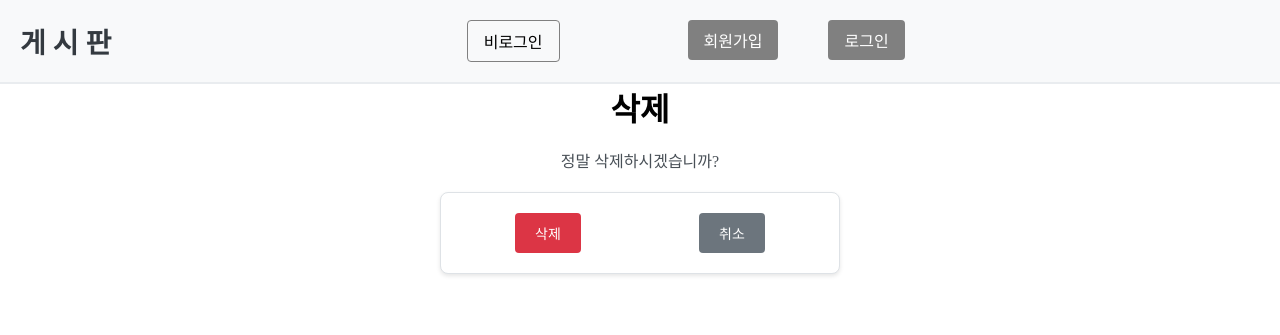
Repository: 1plus1equals3-true/Board-temp
Page: http://localhost/jsp/board/delete.jsp
The author's editor kept a copy of each file at every save. The page is drawn from the files as they stood at one save, then again after the next save.
The browser window is 1280 px wide. The pictures show the whole page.
The page is served by Tomcat 9. Other server files are loaded and not shown.

Above is the page before, as saved 2025-09-10 06:29:12.

### jsp/src/main/webapp/board/delete.jsp
<%@ page language="java" contentType="text/html; charset=UTF-8"
    pageEncoding="UTF-8"%>
<!DOCTYPE html>
<html>
<head>
<meta charset="UTF-8">
<title>삭제</title>
<style>
*{
	margin: 0 auto;
	padding: 0;
	text-align: center;
}
.delete-form {
    display: flex;
    justify-content: center;
    align-items: center;
    gap: 10px;
    padding: 20px;
    margin: 20px auto;
    max-width: 400px;
    background-color: #fff;
    border: 1px solid #dee2e6;
    border-radius: 8px;
    box-shadow: 0 2px 4px rgba(0, 0, 0, 0.1);
}

.delete-form input[type="password"] {
    flex-grow: 1;
    padding: 10px 12px;
    border: 1px solid #ced4da;
    border-radius: 4px;
    font-size: 14px;
    box-sizing: border-box;
}

.delete-form input[type="submit"],
.delete-form .btn-cancel {
    padding: 10px 20px;
    border: none;
    border-radius: 4px;
    font-size: 14px;
    cursor: pointer;
    transition: background-color 0.3s ease;
}

.delete-form input[type="submit"] {
    background-color: #dc3545; /* 삭제 버튼 색상 (빨강) */
    color: white;
}

.delete-form input[type="submit"]:hover {
    background-color: #c82333;
}

.delete-form .btn-cancel {
    background-color: #6c757d; /* 취소 버튼 색상 (회색) */
    color: white;
}

.delete-form .btn-cancel:hover {
    background-color: #5a6268;
}

.delete-form a {
    text-decoration: none;
}
.delete-message {
    text-align: center;
    font-size: 16px;
    color: #495057;
    margin-bottom: 10px;
}
</style>
</head>
<body>
<%
String idx = request.getParameter("idx");


%>
<%@ include file="op_top.jsp" %>

<h1>삭제</h1><br>
<p class="delete-message">정말 삭제하시겠습니까?</p>
<form action="delete_proc.jsp?idx=<%= idx %>" method="post" class="delete-form">
	<!-- <input type="password" name="delpass"> -->
	<input type="submit" value="삭제">
	<a href="view.jsp?idx=<%= idx %>"><button type="button" class="btn-cancel">취소</button></a>
</form>


</body>
</html>

### jsp/src/main/webapp/board/op_top.jsp
<%@ page language="java" contentType="text/html; charset=UTF-8"
    pageEncoding="UTF-8"%>
<%@ page import="java.sql.*" %>
<%@ page import="lib.DB" %>
<%
String login_id = "";
login_id = (String)session.getAttribute("ss_check");
String login_idx = "";
String login_name = "";
String login_upfile = "";
int login_rank = -1;

if(login_id == null || login_id.equals("") || login_id.equals("null")) {
}else {
	String sqll = null;
	Connection connl =null;
	PreparedStatement psl = null;
	ResultSet rsl = null;

	try {

		connl = DB.getConnection();

		sqll = "SELECT * FROM member WHERE uid=?";
		psl = connl.prepareStatement(sqll);
		psl.setString(1, login_id);

		rsl = psl.executeQuery();
		rsl.next();

		login_idx = rsl.getString("idx");
		login_name = rsl.getString("name");
		login_upfile = rsl.getString("upfile");
		login_rank = rsl.getInt("member_rank");

	}catch (Exception e) {
		out.println(e.toString());
		out.println(sqll);
	}
}
%>

<style>
.min-height {
	min-height: 760px;
}
*{
	margin: 0 auto;
	padding: 0;
	text-align: center;
	box-sizing: border-box;
}
.board-header {
    background-color: #f8f9fa;
    border-bottom: 2px solid #e9ecef;
    padding: 20px;
    display: flex;
    justify-content: space-between;
    align-items: center;
    width: 100%;
    margin: 0 auto;
}

.board-header h1 {
    font-size: 28px;
    color: #343a40;
    margin: 0;
    font-weight: bold;
    text-align: left;
}

.board-header h1 a {
	font-size: 28px;
    color: #343a40;
    margin: 0;
    font-weight: bold;
    text-decoration: none;
}

.board-header nav ul {
    list-style: none;
    padding: 0;
    margin: 0;
    display: flex;
    gap: 50px;
    text-align: right;
}

.board-header nav li a {
    text-decoration: none;
    /*color: #495057;*/
    font-size: 16px;
    font-weight: 500;
    transition: color 0.3s ease;
}

header img {
	width: 40px;
    height: 40px;
    border-radius: 4px;
    border: 1px solid #ced4da;
}

.logout-btn {
    display: inline-block;
    padding: 8px 16px;
    border: none;
    border-radius: 4px;
    background-color: gray;
    color: white;
    cursor: pointer;
    text-decoration: none;
    transition: background-color 0.3s ease;
}
.logout-btn:hover {
    background-color: #dc3545;
}

.mypage-btn {
    display: inline-block;
    padding: 8px 16px;
    border: none;
    border-radius: 4px;
    background-color: gray;
    color: white;
    cursor: pointer;
    text-decoration: none;
    transition: background-color 0.3s ease;
}
.mypage-btn:hover {
    background-color: #007bff;
}

.user-info {
    display: inline-block;
    padding: 8px 16px;
    border: 1px solid gray;
    border-radius: 4px;
    color: black;
    font-size: 16px;
    font-weight: 500;
    transition: background-color 0.3s ease;
}


</style>
<% if(login_id == null || login_id.equals("") || login_id.equals("null")) { %>
<header class="board-header">
    <h1><a href="../board_proc/main_proc.jsp">게 시 판</a></h1>
    <nav>
        <ul>
            <li><span class="user-info">비로그인</span></li>
            <li> &nbsp; &nbsp; &nbsp; &nbsp; </li>
            <li><a href="../member/Join.jsp" class="mypage-btn">회원가입</a></li>
            <li><a href="../member/Login.jsp" class="mypage-btn">로그인</a></li>
        </ul>
    </nav>
</header>
<% }else { %>
<header class="board-header">
    <h1><a href="../board_proc/main_proc.jsp">게 시 판</a></h1>
    <nav>
        <ul>
            <li><span class="user-info">닉네임 : <%= login_name %></span></li>
            <% if (login_upfile == null || login_upfile.equals("")) { %>
            	<li> &nbsp; &nbsp; &nbsp; &nbsp; </li>
            <% }else { %>
            	<li><img alt="X" src="../member/Download.jsp?uid=<%= login_id %>"></li>
            <% } %>
            <li><a href="../member/View.jsp?uid=<%= login_id %>" class="mypage-btn">마이페이지</a></li>
            <li><a href="../member/Logout.jsp" class="logout-btn">로그아웃</a></li>
        </ul>
    </nav>
</header>
<% } %>

After the next save:
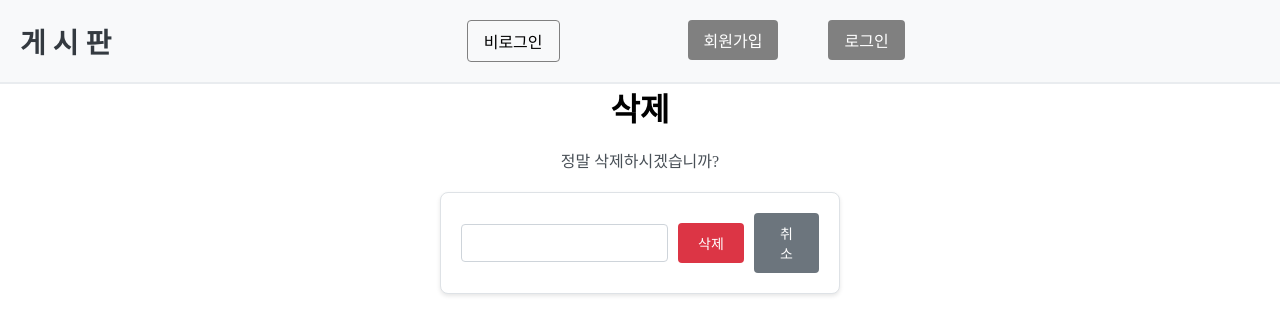
Saved 9 min 38 s later.
--- a/jsp/src/main/webapp/board/delete.jsp
+++ b/jsp/src/main/webapp/board/delete.jsp
@@ -84,7 +84,7 @@ String idx = request.getParameter("idx");
 <h1>삭제</h1><br>
 <p class="delete-message">정말 삭제하시겠습니까?</p>
 <form action="delete_proc.jsp?idx=<%= idx %>" method="post" class="delete-form">
-	<!-- <input type="password" name="delpass"> -->
+	<input type="password" name="delpass">
 	<input type="submit" value="삭제">
 	<a href="view.jsp?idx=<%= idx %>"><button type="button" class="btn-cancel">취소</button></a>
 </form>
